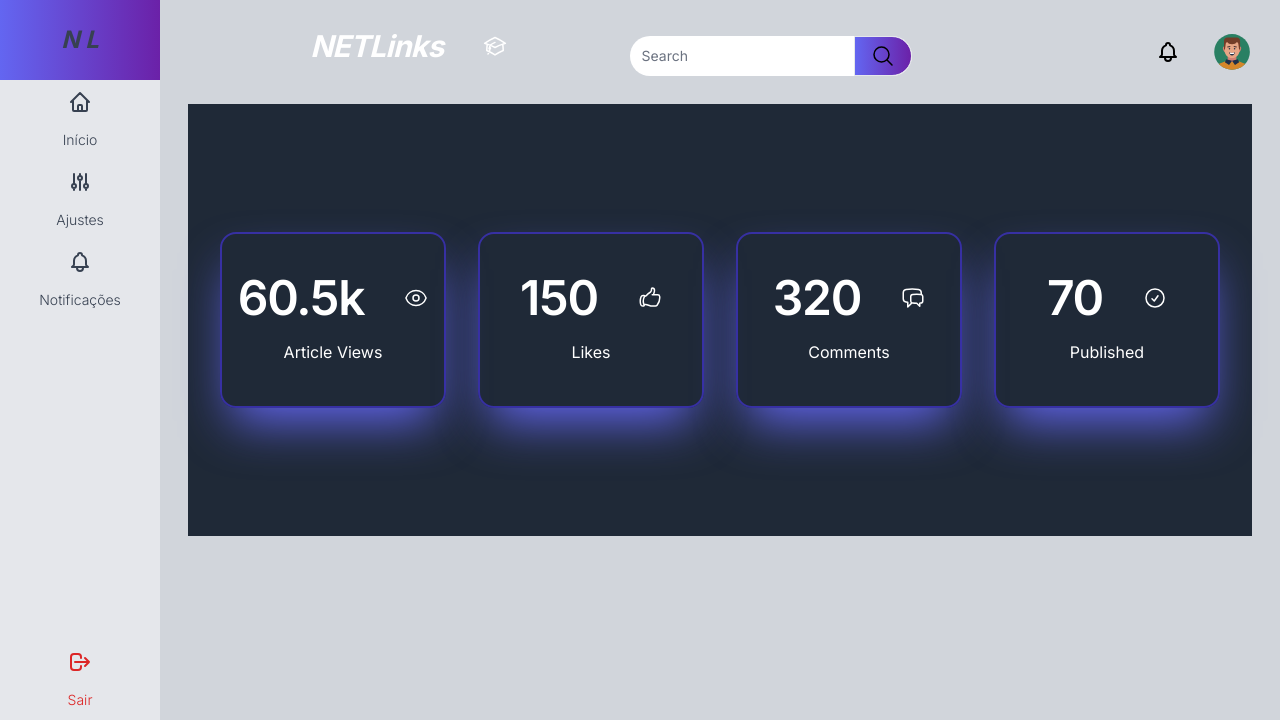
Repository: KennedyWanderson/AdminDashboard
Page: / (app in Code/admindashboard/)
An editor plug-in stored every save of this project. The page is shown before and after the next save, followed by the edit.
The browser window is 1280 px wide. The pictures show the whole page.
The project was rebuilt for these pictures with package versions that can differ from the ones it lists, and the page was loaded fresh each time. The framework's server and built-in components were replaced by stand-ins that run in the browser. Also part of the build but not shown: Code/admindashboard/next.config.mjs.

Above is the page before, as saved 2024-06-24 20:23:48.

### Code/admindashboard/src/app/layout.js
import { Inter } from "next/font/google";
import "./globals.css";

const inter = Inter({ subsets: ["latin"] });

export const metadata = {
  title: "Admin Dashboard",
  description: "Generated by Kennedy Wanderson",
};

export default function RootLayout({ children }) {
  return (
    <html lang="en">
      <body className={inter.className}>{children}</body>
    </html>
  );
}

### Code/admindashboard/src/app/page.js
import Layout from "@/components/Layout";

export default function Home() {
  return (
    <Layout>
      Content
    </Layout>
  )
}

### Code/admindashboard/src/components/Layout.jsx
"use client";

import { useState } from "react";
import Content from "./Content";
import Header from "./Header";
import LateralMenu from "./LateralMenu";
import HomePage from "./Home";


export default function Layout() {
    const [activeComponent, setActiveComponent] = useState("HomePage");

    const renderActiveComponent = () => {
        switch (activeComponent) {
            case "HomePage":
                return <HomePage />;
            default:
                return <HomePage />;
        }
    };

    return (
        <div className={`flex h-screen w-screen`}>
            <LateralMenu setActiveComponent={setActiveComponent} />
            <div className={`
                flex flex-col w-full p-7
                bg-gray-300 dark:bg-gray-800
            `}>
                <Header />
                <Content>
                    {renderActiveComponent()}
                </Content>
            </div>
        </div>
    );
}

### Code/admindashboard/src/components/Content.jsx
export default function Content({ children }) {
    return (
        <div className={`
            flex flex-col mt-7
            dark:text-gray-200
        `}>
            {children}
        </div>
    );
}

### Code/admindashboard/src/components/Header.jsx
import AvatarUsuario from "./UserAvatar";
import { IconeAcademic, IconeSearch, IconeSino } from "./icons";

export default function Header({ titulo, subtitulo }) {


    return (
        <div className={`flex`}>
            <div>
                <h1 className={`
                font-black text-3xl
                text-gray-900 dark:text-gray-100
            `}>
                    {titulo}
                </h1>
                <h2 className={`
                font-light text-sm
                dark:text-gray-300
            `}>
                    {subtitulo}
                </h2>
            </div>
            <header className="flex flex-grow justify-center text-white">
                <nav className=" justify-center" aria-label="Global">

                    <div className="hidden lg:flex lg:gap-x-12">

                        <a href="#" className="order-first text-xl font-bold flex items-center gap-10 italic tracking-tight text-white sm:text-3xl">NETLinks {IconeAcademic}</a>
                    </div>


                </nav>

            </header>

                <div className="relative mt-2 ">
                    <div className=" absolute inset-y-0 left-0 flex items-center pl-3">
                        <span className="text-gray-500 sm:text-sm">Search </span>
                    </div>
                    <input
                        type="text"
                        name="search"
                        id="search"
                        className="w-full rounded-full py-2 px-6"
                    />
                    <div className="absolute inset-y-0 px-4 right-0 flex items-center border rounded-r-full bg-gradient-to-r from-indigo-500 to-purple-800 cursor-pointer">
                        {IconeSearch}
                    </div>
                </div>


            <div className={`flex flex-grow justify-end items-center gap-8`}>

                {IconeSino}
                <AvatarUsuario />
            </div>
        </div>
    )
}

### Code/admindashboard/src/components/LateralMenu.jsx
"use client";

import MenuItem from "./ItemMenu";
import { IconeAjustes, IconeCasa, IconeSair, IconeSino } from "./icons";

export default function LateralMenu({ setActiveComponent }) {
    return (
        <aside className={`
            flex flex-col items-center
            bg-gray-200 text-gray-700
            dark:bg-gray-900
        `}>
            <div className={`
                flex flex-col items-center justify-center font-bold italic text-2xl
                bg-gradient-to-r from-indigo-500 to-purple-800
                h-20 w-40
            `}>
                N L
            </div>
            <ul className="flex-grow">
                <MenuItem
                    texto="Início"
                    icone={IconeCasa}
                    onClick={() => setActiveComponent('HomePage')}
                />
                <MenuItem
                    texto="Ajustes"
                    icone={IconeAjustes}
                    onClick={() => setActiveComponent('Ajustes')}
                />
                <MenuItem
                    texto="Notificações"
                    icone={IconeSino}
                    onClick={() => setActiveComponent('Notificacoes')}
                />
            </ul>
            <ul>
                <MenuItem
                    texto="Sair"
                    icone={IconeSair}
                    className={`
                        text-red-600 dark:text-red-400
                        hover:bg-red-400 hover:text-white
                        dark:hover:text-white
                    `}
                />
            </ul>
        </aside>
    );
}

### Code/admindashboard/src/components/Home.jsx
import { IconeCheck, IconeComment, IconeEye, IconeLike } from "./icons";

export default function HomePage() {
    return (
        <div className="py-24 sm:py-32 bg-gray-800">
            <div className="mx-auto max-w-full px-6 lg:px-8">
                <dl className="grid grid-cols-1 gap-x-8 gap-y-16 text-center lg:grid-cols-4">
                    <div className="mx-auto flex items-center max-w-xs flex-col w-full border-2 rounded-2xl shadow-2xl shadow-indigo-500 p-10 border-indigo-800 gap-y-4">
                        <dt className="text-base leading-7 text-white">Article Views</dt>
                        <dd className="order-first flex items-center gap-10 text-3xl font-semibold tracking-tight text-white sm:text-5xl">60.5k {IconeEye}</dd>
                    </div>
                    <div className="mx-auto flex items-center max-w-xs flex-col w-full border-2 rounded-2xl shadow-2xl shadow-indigo-500 p-10 border-indigo-800 gap-y-4">
                        <dt className="text-base leading-7 text-white">Likes</dt>
                        <dd className="order-first text-3xl flex items-center gap-10 font-semibold tracking-tight text-white sm:text-5xl">150 {IconeLike}</dd>
                    </div>
                    <div className="mx-auto flex items-center max-w-xs flex-col w-full border-2 rounded-2xl shadow-2xl shadow-indigo-500 p-10 border-indigo-800 gap-y-4">
                        <dt className="text-base leading-7 text-white">Comments</dt>
                        <dd className="order-first text-3xl flex items-center gap-10 font-semibold tracking-tight text-white sm:text-5xl">320 {IconeComment}</dd>
                    </div>
                    <div className="mx-auto flex items-center max-w-xs flex-col w-full border-2 rounded-2xl shadow-2xl shadow-indigo-500 p-10 border-indigo-800 gap-y-4">
                        <dt className="text-base leading-7 text-white">Published</dt>
                        <dd className="order-first text-3xl flex items-center gap-10 font-semibold tracking-tight text-white sm:text-5xl">70 {IconeCheck}</dd>
                    </div>
                </dl>

                {/* <table className="table-auto w-full mt-8 text-white">
                    <thead>
                        <tr className="">
                            <th className="px-4 py-2 border">Song</th>
                            <th className="px-4 py-2 border">Artist</th>
                            <th className="px-4 py-2 border">Year</th>
                        </tr>
                    </thead>
                    <tbody>
                        <tr className="">
                            <td className="px-4 py-2 border">The Sliding Mr. Bones (Next Stop, Pottersville)</td>
                            <td className="px-4 py-2 border">Malcolm Lockyer</td>
                            <td className="px-4 py-2 border">1961</td>
                        </tr>
                        <tr className="">
                            <td className="px-4 py-2 border">Witchy Woman</td>
                            <td className="px-4 py-2 border">The Eagles</td>
                            <td className="px-4 py-2 border">1972</td>
                        </tr>
                        <tr className="">
                            <td className="px-4 py-2 border">Shining Star</td>
                            <td className="px-4 py-2 border">Earth, Wind, and Fire</td>
                            <td className="px-4 py-2 border">1975</td>
                        </tr>
                        <tr className="">
                            <td className="px-4 py-2 border">The Sliding Mr. Bones (Next Stop, Pottersville)</td>
                            <td className="px-4 py-2 border">Malcolm Lockyer</td>
                            <td className="px-4 py-2 border">1961</td>
                        </tr>
                        <tr className="">
                            <td className="px-4 py-2 border">Witchy Woman</td>
                            <td className="px-4 py-2 border">The Eagles</td>
                            <td className="px-4 py-2 border">1972</td>
                        </tr>
                        <tr className="">
                            <td className="px-4 py-2 border">Shining Star</td>
                            <td className="px-4 py-2 border">Earth, Wind, and Fire</td>
                            <td className="px-4 py-2 border">1975</td>
                        </tr>
                        <tr className="">
                            <td className="px-4 py-2 border">The Sliding Mr. Bones (Next Stop, Pottersville)</td>
                            <td className="px-4 py-2 border">Malcolm Lockyer</td>
                            <td className="px-4 py-2 border">1961</td>
                        </tr>
                        <tr className="">
                            <td className="px-4 py-2 border">Witchy Woman</td>
                            <td className="px-4 py-2 border">The Eagles</td>
                            <td className="px-4 py-2 border">1972</td>
                        </tr>
                        <tr className="">
                            <td className="px-4 py-2 border">Shining Star</td>
                            <td className="px-4 py-2 border">Earth, Wind, and Fire</td>
                            <td className="px-4 py-2 border">1975</td>
                        </tr>
                        <tr className="">
                            <td className="px-4 py-2 border">The Sliding Mr. Bones (Next Stop, Pottersville)</td>
                            <td className="px-4 py-2 border">Malcolm Lockyer</td>
                            <td className="px-4 py-2 border">1961</td>
                        </tr>
                        <tr className="">
                            <td className="px-4 py-2 border">Witchy Woman</td>
                            <td className="px-4 py-2 border">The Eagles</td>
                            <td className="px-4 py-2 border">1972</td>
                        </tr>
                        <tr className="">
                            <td className="px-4 py-2 border">Shining Star</td>
                            <td className="px-4 py-2 border">Earth, Wind, and Fire</td>
                            <td className="px-4 py-2 border">1975</td>
                        </tr>
                        <tr className="">
                            <td className="px-4 py-2 border">The Sliding Mr. Bones (Next Stop, Pottersville)</td>
                            <td className="px-4 py-2 border">Malcolm Lockyer</td>
                            <td className="px-4 py-2 border">1961</td>
                        </tr>
                        <tr className="">
                            <td className="px-4 py-2 border">Witchy Woman</td>
                            <td className="px-4 py-2 border">The Eagles</td>
                            <td className="px-4 py-2 border">1972</td>
                        </tr>
                        <tr className="">
                            <td className="px-4 py-2 border">Shining Star</td>
                            <td className="px-4 py-2 border">Earth, Wind, and Fire</td>
                            <td className="px-4 py-2 border">1975</td>
                        </tr>

                    </tbody>
                </table> */}
            </div>
        </div>
    )
}

### Code/admindashboard/src/components/UserAvatar.jsx


export default function AvatarUsuario({className}) {
    return (
            <img
                src={'/images/avatar.svg'}
                alt="Avatar do Usuário"
                className={`
                    h-10 w-10 rounded-full cursor-pointer
                    ${className}
                `}
            />

    )
}

### Code/admindashboard/src/components/icons/index.jsx
// Pra mais icones acessar... https://heroicons.com/

export const IconeSearch = (
    <svg xmlns="http://www.w3.org/2000/svg" fill="none" viewBox="0 0 24 24" strokeWidth={1.5} stroke="currentColor" className="size-6">
        <path strokeLinecap="round" strokeLinejoin="round" d="m21 21-5.197-5.197m0 0A7.5 7.5 0 1 0 5.196 5.196a7.5 7.5 0 0 0 10.607 10.607Z" />
    </svg>
)

export const IconeAcademic = (
    <svg xmlns="http://www.w3.org/2000/svg" fill="none" viewBox="0 0 24 24" strokeWidth={1.5} stroke="currentColor" className="size-6">
        <path strokeLinecap="round" strokeLinejoin="round" d="M4.26 10.147a60.438 60.438 0 0 0-.491 6.347A48.62 48.62 0 0 1 12 20.904a48.62 48.62 0 0 1 8.232-4.41 60.46 60.46 0 0 0-.491-6.347m-15.482 0a50.636 50.636 0 0 0-2.658-.813A59.906 59.906 0 0 1 12 3.493a59.903 59.903 0 0 1 10.399 5.84c-.896.248-1.783.52-2.658.814m-15.482 0A50.717 50.717 0 0 1 12 13.489a50.702 50.702 0 0 1 7.74-3.342M6.75 15a.75.75 0 1 0 0-1.5.75.75 0 0 0 0 1.5Zm0 0v-3.675A55.378 55.378 0 0 1 12 8.443m-7.007 11.55A5.981 5.981 0 0 0 6.75 15.75v-1.5" />
    </svg>

)

export const IconeComment = (
    <svg xmlns="http://www.w3.org/2000/svg" fill="none" viewBox="0 0 24 24" strokeWidth={1.5} stroke="currentColor" className="size-6">
        <path strokeLinecap="round" strokeLinejoin="round" d="M20.25 8.511c.884.284 1.5 1.128 1.5 2.097v4.286c0 1.136-.847 2.1-1.98 2.193-.34.027-.68.052-1.02.072v3.091l-3-3c-1.354 0-2.694-.055-4.02-.163a2.115 2.115 0 0 1-.825-.242m9.345-8.334a2.126 2.126 0 0 0-.476-.095 48.64 48.64 0 0 0-8.048 0c-1.131.094-1.976 1.057-1.976 2.192v4.286c0 .837.46 1.58 1.155 1.951m9.345-8.334V6.637c0-1.621-1.152-3.026-2.76-3.235A48.455 48.455 0 0 0 11.25 3c-2.115 0-4.198.137-6.24.402-1.608.209-2.76 1.614-2.76 3.235v6.226c0 1.621 1.152 3.026 2.76 3.235.577.075 1.157.14 1.74.194V21l4.155-4.155" />
    </svg>

)

export const IconeCheck = (
    <svg xmlns="http://www.w3.org/2000/svg" fill="none" viewBox="0 0 24 24" strokeWidth={1.5} stroke="currentColor" className="size-6">
        <path strokeLinecap="round" strokeLinejoin="round" d="M9 12.75 11.25 15 15 9.75M21 12a9 9 0 1 1-18 0 9 9 0 0 1 18 0Z" />
    </svg>


)

export const IconeLike = (
    <svg xmlns="http://www.w3.org/2000/svg" fill="none" viewBox="0 0 24 24" strokeWidth={1.5} stroke="currentColor" className="size-6">
        <path strokeLinecap="round" strokeLinejoin="round" d="M6.633 10.25c.806 0 1.533-.446 2.031-1.08a9.041 9.041 0 0 1 2.861-2.4c.723-.384 1.35-.956 1.653-1.715a4.498 4.498 0 0 0 .322-1.672V2.75a.75.75 0 0 1 .75-.75 2.25 2.25 0 0 1 2.25 2.25c0 1.152-.26 2.243-.723 3.218-.266.558.107 1.282.725 1.282m0 0h3.126c1.026 0 1.945.694 2.054 1.715.045.422.068.85.068 1.285a11.95 11.95 0 0 1-2.649 7.521c-.388.482-.987.729-1.605.729H13.48c-.483 0-.964-.078-1.423-.23l-3.114-1.04a4.501 4.501 0 0 0-1.423-.23H5.904m10.598-9.75H14.25M5.904 18.5c.083.205.173.405.27.602.197.4-.078.898-.523.898h-.908c-.889 0-1.713-.518-1.972-1.368a12 12 0 0 1-.521-3.507c0-1.553.295-3.036.831-4.398C3.387 9.953 4.167 9.5 5 9.5h1.053c.472 0 .745.556.5.96a8.958 8.958 0 0 0-1.302 4.665c0 1.194.232 2.333.654 3.375Z" />
    </svg>

)

export const IconeEye = (
    <svg xmlns="http://www.w3.org/2000/svg" fill="none" viewBox="0 0 24 24" strokeWidth={1.5} stroke="currentColor" className="size-6">
        <path strokeLinecap="round" strokeLinejoin="round" d="M2.036 12.322a1.012 1.012 0 0 1 0-.639C3.423 7.51 7.36 4.5 12 4.5c4.638 0 8.573 3.007 9.963 7.178.07.207.07.431 0 .639C20.577 16.49 16.64 19.5 12 19.5c-4.638 0-8.573-3.007-9.963-7.178Z" />
        <path strokeLinecap="round" strokeLinejoin="round" d="M15 12a3 3 0 1 1-6 0 3 3 0 0 1 6 0Z" />
    </svg>
)

export const IconeCasa = (
    <svg xmlns="http://www.w3.org/2000/svg" className="h-6 w-6" fill="none" viewBox="0 0 24 24" stroke="currentColor">
        <path strokeLinecap="round" strokeLinejoin="round" strokeWidth={2} d="M3 12l2-2m0 0l7-7 7 7M5 10v10a1 1 0 001 1h3m10-11l2 2m-2-2v10a1 1 0 01-1 1h-3m-6 0a1 1 0 001-1v-4a1 1 0 011-1h2a1 1 0 011 1v4a1 1 0 001 1m-6 0h6" />
    </svg>
)

export const IconeAjustes = (
    <svg xmlns="http://www.w3.org/2000/svg" className="h-6 w-6" fill="none" viewBox="0 0 24 24" stroke="currentColor">
        <path strokeLinecap="round" strokeLinejoin="round" strokeWidth={2} d="M12 6V4m0 2a2 2 0 100 4m0-4a2 2 0 110 4m-6 8a2 2 0 100-4m0 4a2 2 0 110-4m0 4v2m0-6V4m6 6v10m6-2a2 2 0 100-4m0 4a2 2 0 110-4m0 4v2m0-6V4" />
    </svg>
)

export const IconeSino = (
    <svg xmlns="http://www.w3.org/2000/svg" className="h-6 w-6" fill="none" viewBox="0 0 24 24" stroke="currentColor">
        <path strokeLinecap="round" strokeLinejoin="round" strokeWidth={2} d="M15 17h5l-1.405-1.405A2.032 2.032 0 0118 14.158V11a6.002 6.002 0 00-4-5.659V5a2 2 0 10-4 0v.341C7.67 6.165 6 8.388 6 11v3.159c0 .538-.214 1.055-.595 1.436L4 17h5m6 0v1a3 3 0 11-6 0v-1m6 0H9" />
    </svg>
)

export const IconeSair = (
    <svg xmlns="http://www.w3.org/2000/svg" className="h-6 w-6" fill="none" viewBox="0 0 24 24" stroke="currentColor">
        <path strokeLinecap="round" strokeLinejoin="round" strokeWidth={2} d="M17 16l4-4m0 0l-4-4m4 4H7m6 4v1a3 3 0 01-3 3H6a3 3 0 01-3-3V7a3 3 0 013-3h4a3 3 0 013 3v1" />
    </svg>
)

export const IconeSol = (tamanho = 6) => (
    <svg xmlns="http://www.w3.org/2000/svg" className={`h-${tamanho} w-${tamanho}`} fill="none" viewBox="0 0 24 24" stroke="currentColor">
        <path strokeLinecap="round" strokeLinejoin="round" strokeWidth={2} d="M12 3v1m0 16v1m9-9h-1M4 12H3m15.364 6.364l-.707-.707M6.343 6.343l-.707-.707m12.728 0l-.707.707M6.343 17.657l-.707.707M16 12a4 4 0 11-8 0 4 4 0 018 0z" />
    </svg>
)

export const IconeLua = (tamanho = 6) => (
    <svg xmlns="http://www.w3.org/2000/svg" className={`h-${tamanho} w-${tamanho}`} fill="none" viewBox="0 0 24 24" stroke="currentColor">
        <path strokeLinecap="round" strokeLinejoin="round" strokeWidth={2} d="M20.354 15.354A9 9 0 018.646 3.646 9.003 9.003 0 0012 21a9.003 9.003 0 008.354-5.646z" />
    </svg>
)

export const IconeAtencao = (tamanho = 1) => (
    <svg xmlns="http://www.w3.org/2000/svg" className={`h-${tamanho} w-${tamanho}`} fill="none" viewBox="0 0 24 24" stroke="currentColor">
        <path strokeLinecap="round" strokeLinejoin="round" strokeWidth={2} d="M12 9v2m0 4h.01m-6.938 4h13.856c1.54 0 2.502-1.667 1.732-3L13.732 4c-.77-1.333-2.694-1.333-3.464 0L3.34 16c-.77 1.333.192 3 1.732 3z" />
    </svg>
)

### Code/admindashboard/src/components/ItemMenu.jsx

export default function MenuItem({ texto, icone, url, className, onClick }) {
    function renderizarLink() {
        return (
            <div className={`
                flex flex-col justify-center items-center
                h-20 w-auto gap-4
                dark:text-gray-200
                ${className}
            `}>
                {icone}
                <span className="text-sm font-light">
                    {texto}
                </span>
            </div>
        );
    }

    return (
        <li
            onClick={onClick}
            className={`
                hover:bg-gray-100 dark:hover:bg-gray-800
                cursor-pointer
            `}
        >
            {url ? (
                <a href={url}>
                    {renderizarLink()}
                </a>
            ) : (
                renderizarLink()
            )}
        </li>
    );
}

Loaded but not shown: Code/admindashboard/src/app/globals.css (common file); Code/admindashboard/tailwind.config.js (common file)

After the next save:
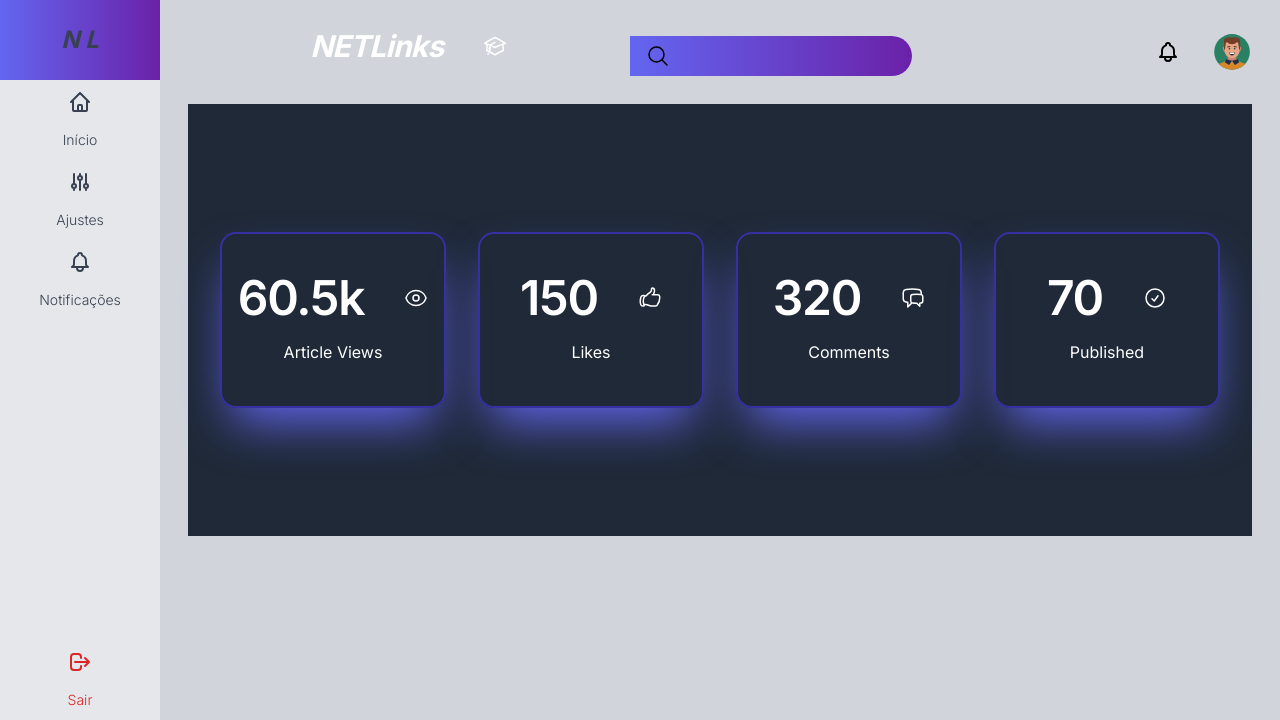
Saved 24 s later.
--- a/Code/admindashboard/src/components/Header.jsx
+++ b/Code/admindashboard/src/components/Header.jsx
@@ -43,7 +43,7 @@
                         id="search"
                         className="w-full rounded-full py-2 px-6"
                     />
-                    <div className="absolute inset-y-0 px-4 right-0 flex items-center border rounded-r-full bg-gradient-to-r from-indigo-500 to-purple-800 cursor-pointer">
+                    <div className="absolute inset-y-0 px-4 right-0 flex items-center w-full rounded-r-full bg-gradient-to-r from-indigo-500 to-purple-800 cursor-pointer">
                         {IconeSearch}
                     </div>
                 </div>

After the save that followed:
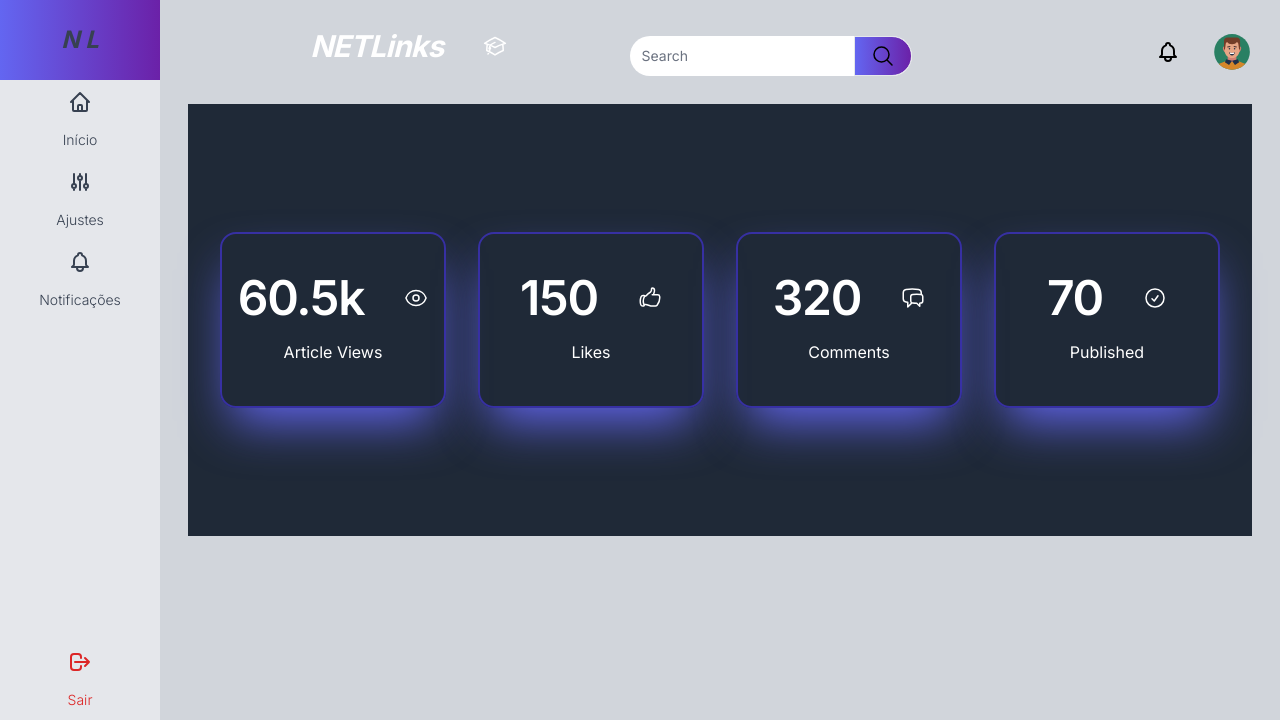
Saved 12 s later.
--- a/Code/admindashboard/src/components/Header.jsx
+++ b/Code/admindashboard/src/components/Header.jsx
@@ -43,7 +43,7 @@
                         id="search"
                         className="w-full rounded-full py-2 px-6"
                     />
-                    <div className="absolute inset-y-0 px-4 right-0 flex items-center w-full rounded-r-full bg-gradient-to-r from-indigo-500 to-purple-800 cursor-pointer">
+                    <div className="absolute inset-y-0 px-4 right-0 flex items-center border rounded-r-full bg-gradient-to-r from-indigo-500 to-purple-800 cursor-pointer">
                         {IconeSearch}
                     </div>
                 </div>
